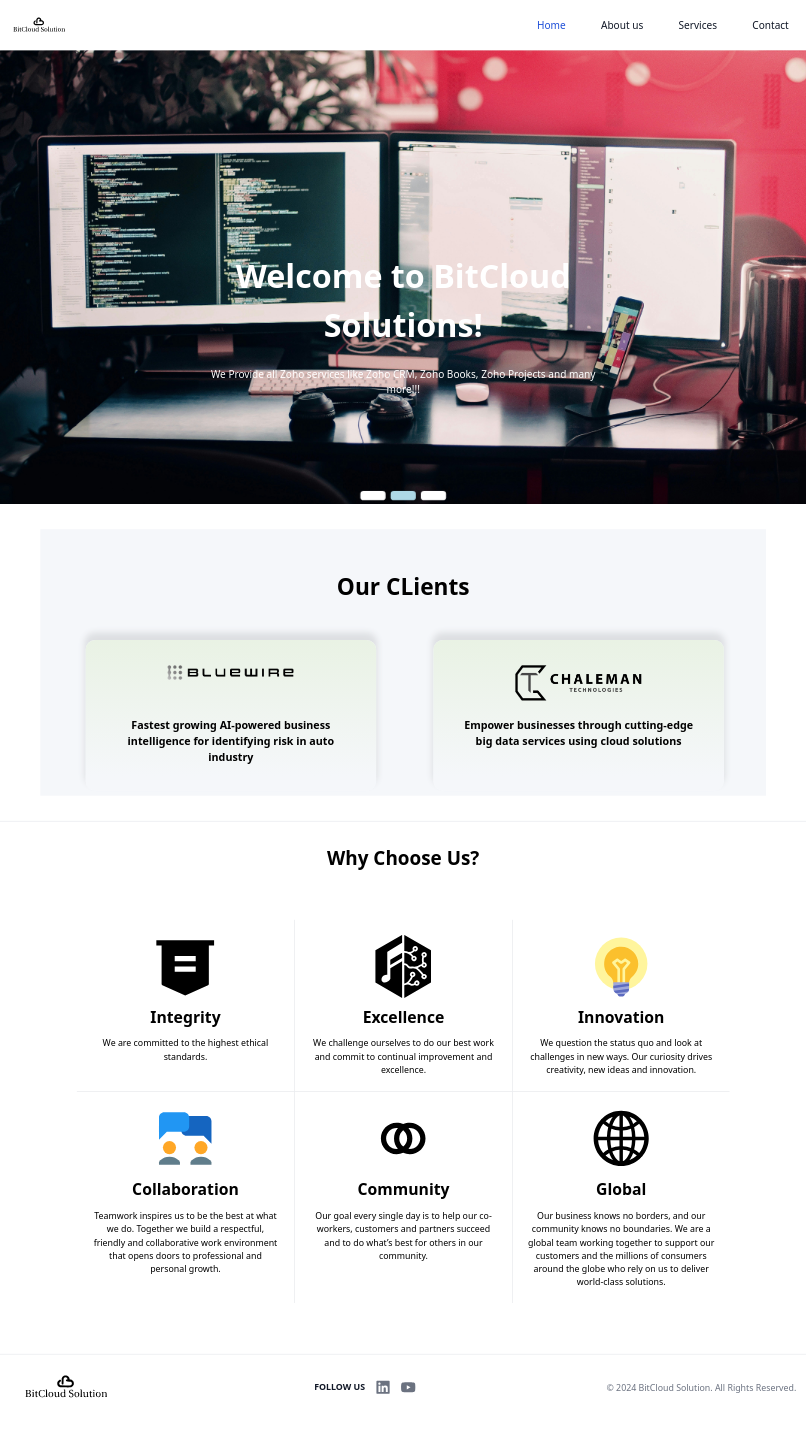
Repository: huzaifaBitCloud/BitCloud-website
Page: /
These files come from the project's save history. The page is drawn as it stood at one moment and after the next save; the edit follows.
The browser window is 1280 px wide. The pictures show the whole page, at 63% of full size.
The project was rebuilt for these pictures with package versions that can differ from the ones it lists, and the page was loaded fresh each time. The framework's server and built-in components were replaced by stand-ins that run in the browser. Also part of the build but not shown: next.config.mjs.

Above is the page before, as saved 2025-01-09 14:58:28.

After the next save:
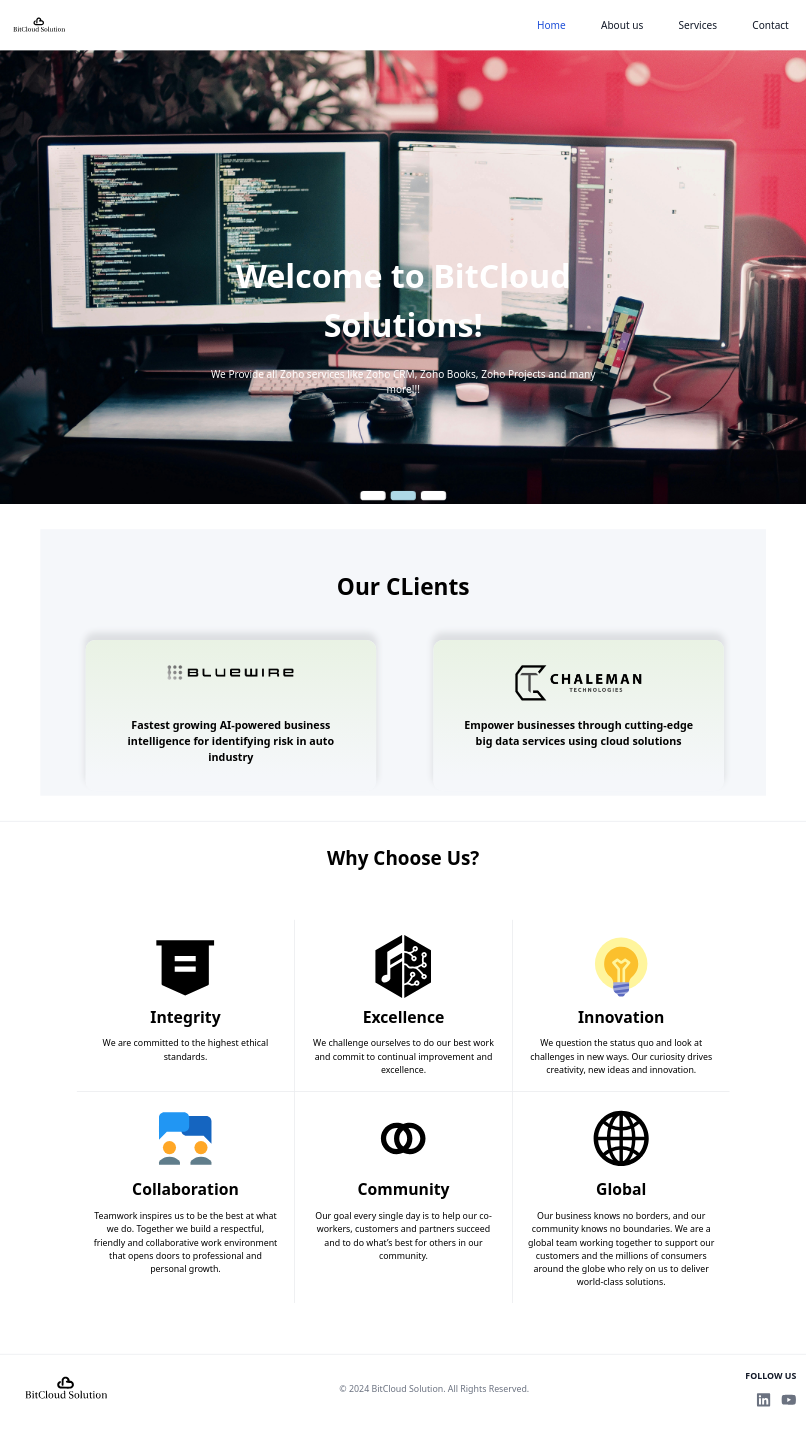
Saved 4 min 7 s later.
--- a/src/components/Footer.tsx
+++ b/src/components/Footer.tsx
@@ -61,22 +61,38 @@
 import { FaLinkedin, FaYoutube } from "react-icons/fa";
 
 const Footer = () => {
+  const currentYear = new Date().getFullYear(); // Get the current year dynamically
+
   return (
     <footer className="bg-white dark:bg-gray-900 border-t w-full">
       <div className="container mx-auto px-4 py-6">
-        <div className="flex flex-wrap items-center justify-between">
-          {/* Logo */}
+        <div className="flex flex-col md:flex-row md:items-center md:justify-between">
+          {/* Logo Section */}
           <div className="flex items-center mb-4 md:mb-0">
             <img
               src="/images/logo.svg"
               alt="BitCloud Logo"
-              className="h-14 mr-3 lg:ml-4"
+              className="h-14 mr-3 md:ml-4"
             />
           </div>
 
-          {/* Follow Us */}
-          <div className="flex items-center mb-4 md:mb-0">
-            <h2 className="text-sm font-semibold text-gray-900 uppercase dark:text-white mr-4">
+          {/* Rights Section */}
+          <div className="text-center mb-4 md:mb-0">
+            <span className="text-sm text-gray-500 dark:text-gray-400">
+              © {currentYear}{" "}
+              <Link
+                href="https://bitcloudsolution.com/"
+                className="hover:underline"
+              >
+                BitCloud Solution
+              </Link>
+              . All Rights Reserved.
+            </span>
+          </div>
+
+          {/* Follow Us Section */}
+          <div className="flex flex-col items-center md:items-end">
+            <h2 className="mb-4 text-sm font-semibold text-gray-900 uppercase dark:text-white">
               Follow Us
             </h2>
             <div className="flex space-x-4">
@@ -96,20 +112,6 @@
               </Link>
             </div>
           </div>
-
-          {/* Rights */}
-          <div className="text-center w-full md:w-auto">
-            <span className="text-sm text-gray-500 dark:text-gray-400">
-              © 2024{" "}
-              <Link
-                href="https://bitcloudsolution.com/"
-                className="hover:underline"
-              >
-                BitCloud Solution
-              </Link>
-              . All Rights Reserved.
-            </span>
-          </div>
         </div>
       </div>
     </footer>

After the save that followed:
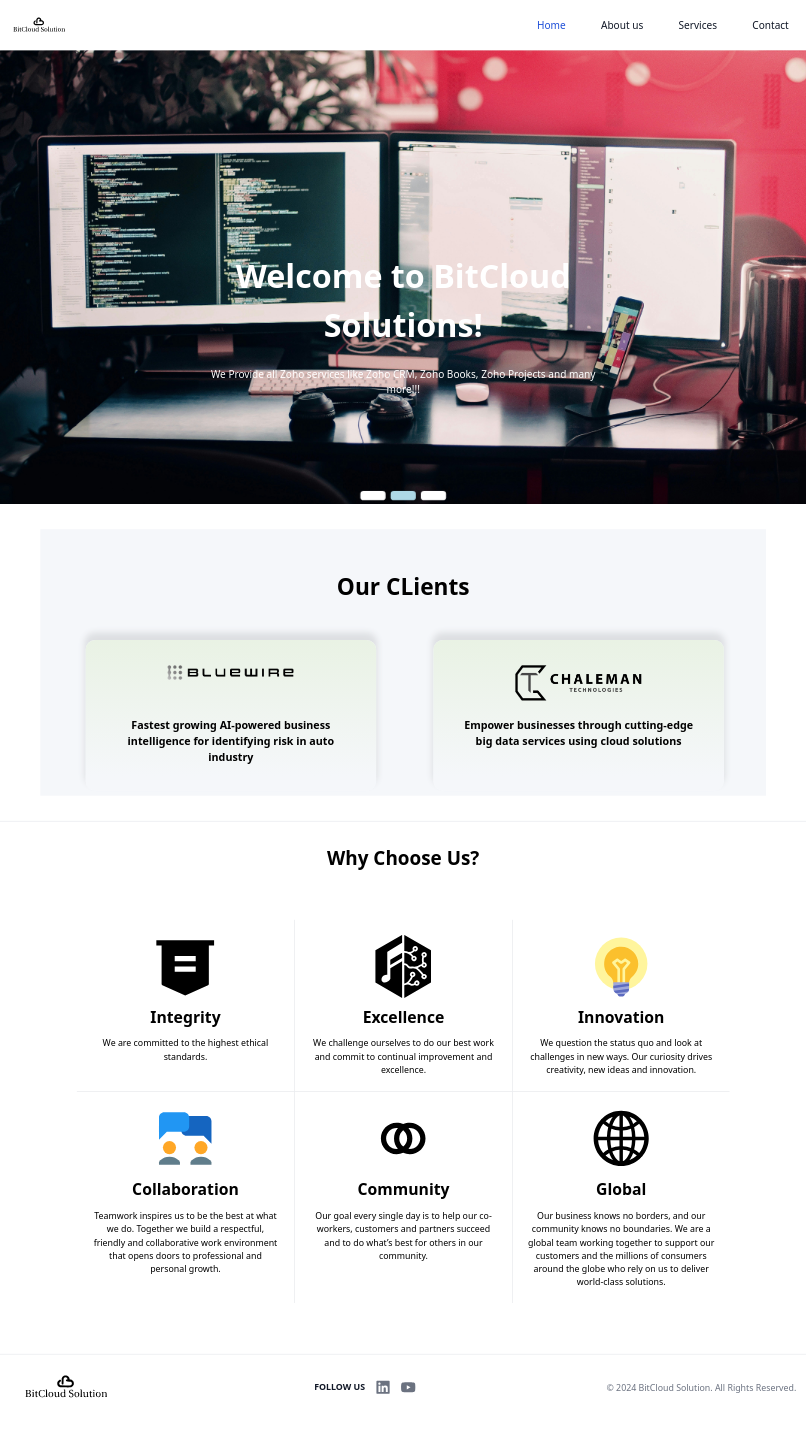
Saved 70 s later.
--- a/src/components/Footer.tsx
+++ b/src/components/Footer.tsx
@@ -61,38 +61,22 @@
 import { FaLinkedin, FaYoutube } from "react-icons/fa";
 
 const Footer = () => {
-  const currentYear = new Date().getFullYear(); // Get the current year dynamically
-
   return (
     <footer className="bg-white dark:bg-gray-900 border-t w-full">
       <div className="container mx-auto px-4 py-6">
-        <div className="flex flex-col md:flex-row md:items-center md:justify-between">
-          {/* Logo Section */}
+        <div className="flex flex-wrap items-center justify-between">
+          {/* Logo */}
           <div className="flex items-center mb-4 md:mb-0">
             <img
               src="/images/logo.svg"
               alt="BitCloud Logo"
-              className="h-14 mr-3 md:ml-4"
+              className="h-14 mr-3 lg:ml-4"
             />
           </div>
 
-          {/* Rights Section */}
-          <div className="text-center mb-4 md:mb-0">
-            <span className="text-sm text-gray-500 dark:text-gray-400">
-              © {currentYear}{" "}
-              <Link
-                href="https://bitcloudsolution.com/"
-                className="hover:underline"
-              >
-                BitCloud Solution
-              </Link>
-              . All Rights Reserved.
-            </span>
-          </div>
-
-          {/* Follow Us Section */}
-          <div className="flex flex-col items-center md:items-end">
-            <h2 className="mb-4 text-sm font-semibold text-gray-900 uppercase dark:text-white">
+          {/* Follow Us */}
+          <div className="flex items-center mb-4 md:mb-0">
+            <h2 className="text-sm font-semibold text-gray-900 uppercase dark:text-white mr-4">
               Follow Us
             </h2>
             <div className="flex space-x-4">
@@ -112,6 +96,20 @@
               </Link>
             </div>
           </div>
+
+          {/* Rights */}
+          <div className="text-center w-full md:w-auto">
+            <span className="text-sm text-gray-500 dark:text-gray-400">
+              © 2024{" "}
+              <Link
+                href="https://bitcloudsolution.com/"
+                className="hover:underline"
+              >
+                BitCloud Solution
+              </Link>
+              . All Rights Reserved.
+            </span>
+          </div>
         </div>
       </div>
     </footer>
